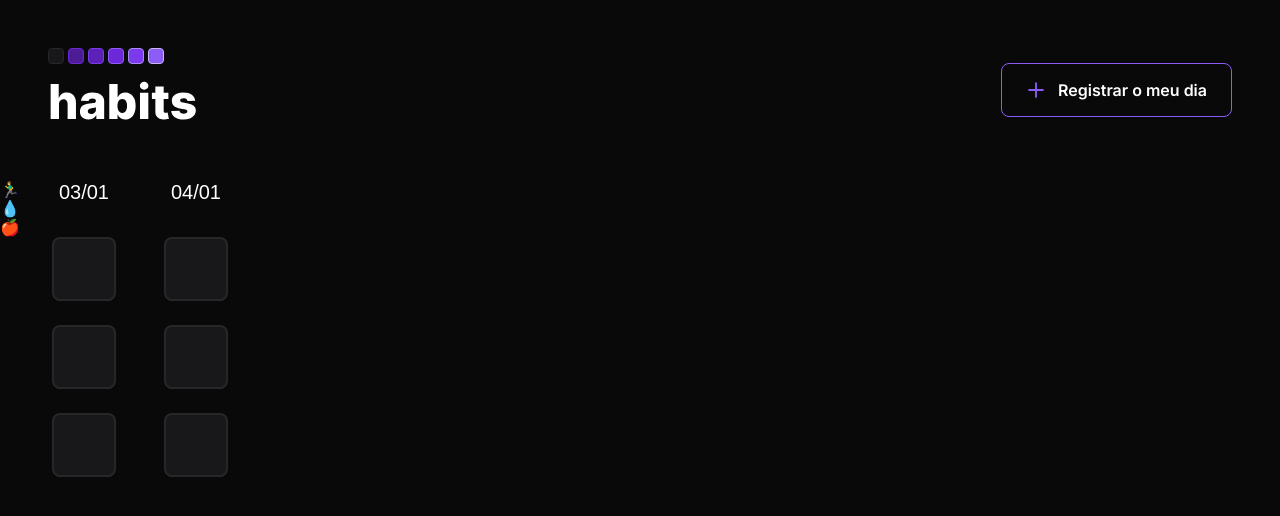
Repository: AntonyCosta/nlw-setup
Page: index.html
These files come from the project's save history. The page is drawn as it stood at one moment and after the next save; the edit follows.
The browser window is 1280 px wide. The pictures show the whole page.

Above is the page before, as saved 2023-01-18 03:55:07.

After the next save:
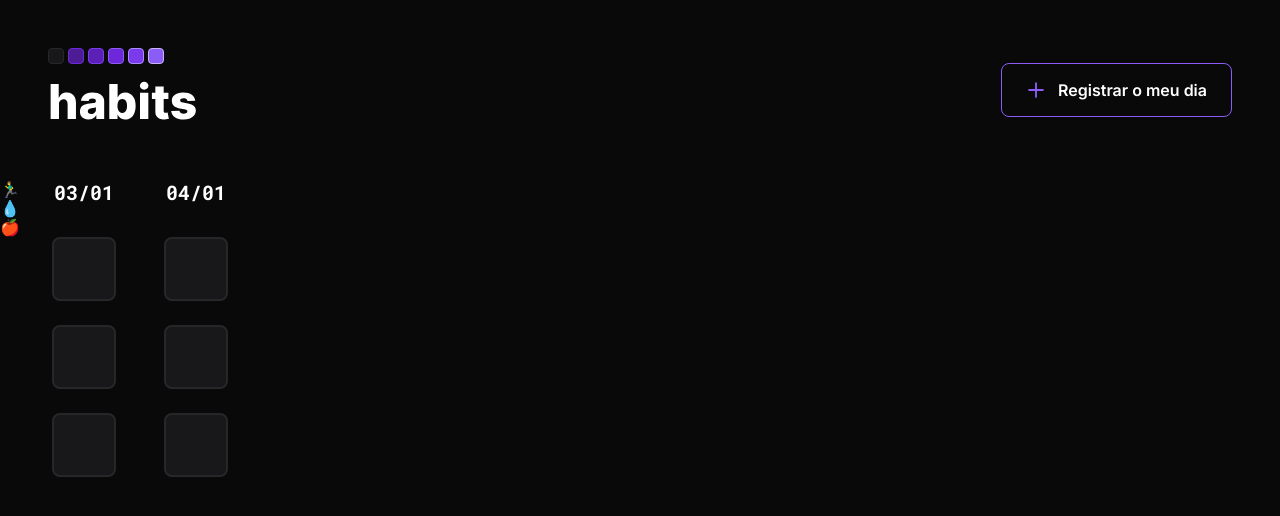
Saved 99 s later.
--- a/index.html
+++ b/index.html
@@ -10,6 +10,13 @@
       href="https://fonts.googleapis.com/css2?family=Inter:wght@600&display=swap"
       rel="stylesheet"
     />
+    <link rel="preconnect" href="https://fonts.googleapis.com" />
+    <link rel="preconnect" href="https://fonts.gstatic.com" crossorigin />
+    <link
+      href="https://fonts.googleapis.com/css2?family=Roboto+Mono:wght@700&display=swap"
+      rel="stylesheet"
+    />
+
     <link rel="stylesheet" href="style.css" />
     <title>Habits</title>
   </head>
